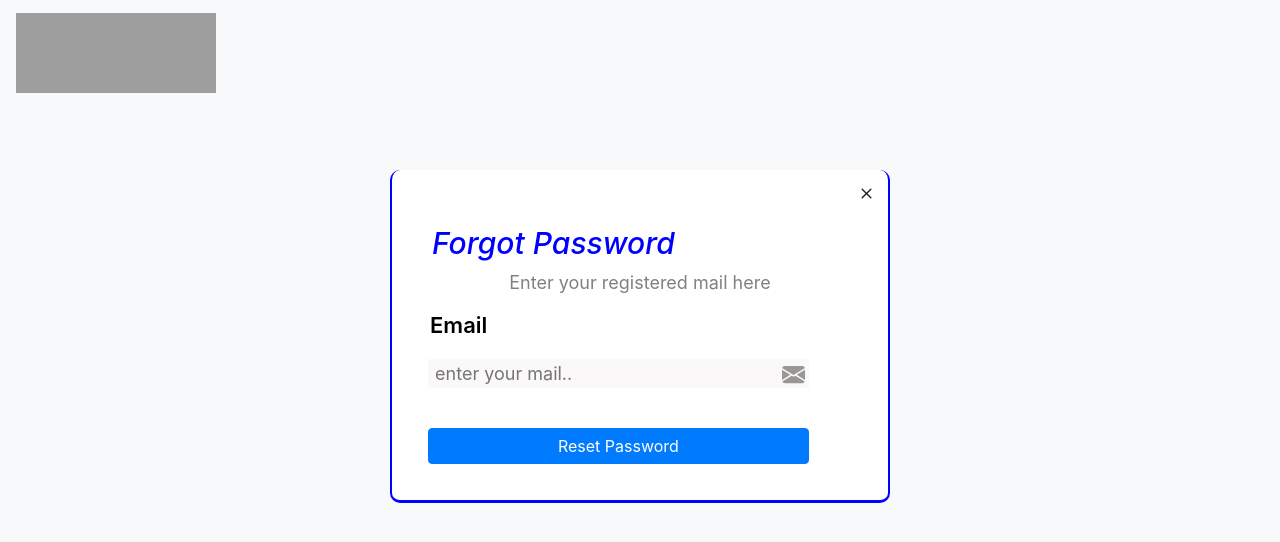
Repository: siri548/Karyakartha
Page: forgotPage.html
An editor plug-in stored every save of this project. The page is shown before and after a run of saves, followed by the edit.
The browser window is 1280 px wide. The pictures show the whole page.
Pictures or frames that could not be fetched are drawn as grey boxes.

Above is the page before, as saved 2023-11-05 10:14:38.
Console error (its wording comes from the project's code and is left out).

After the next 4 saves:
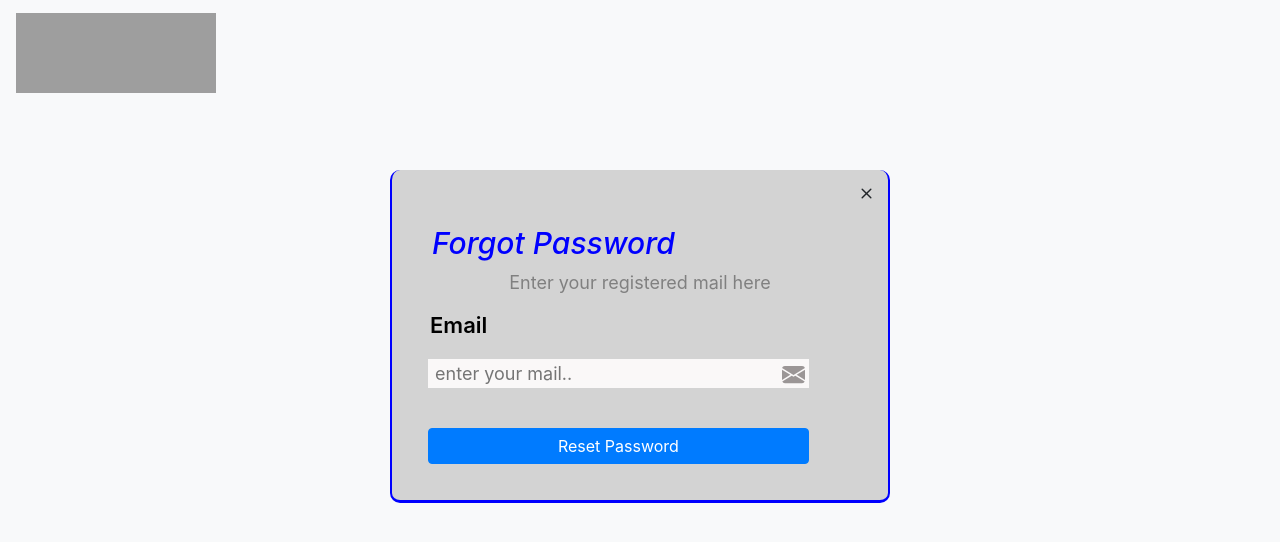
The 4 saves are shown as one change because they came seconds apart.
The last was saved 19 s later.
--- a/forgotPage.css
+++ b/forgotPage.css
@@ -31,7 +31,7 @@
 .forgotPage-card {
     border-radius: 10px;
     padding: 10px;
-    background-color: white;
+    background-color: lightgrey;
     width: 500px;
     margin-bottom: 300px;
     margin-top: 200px;
